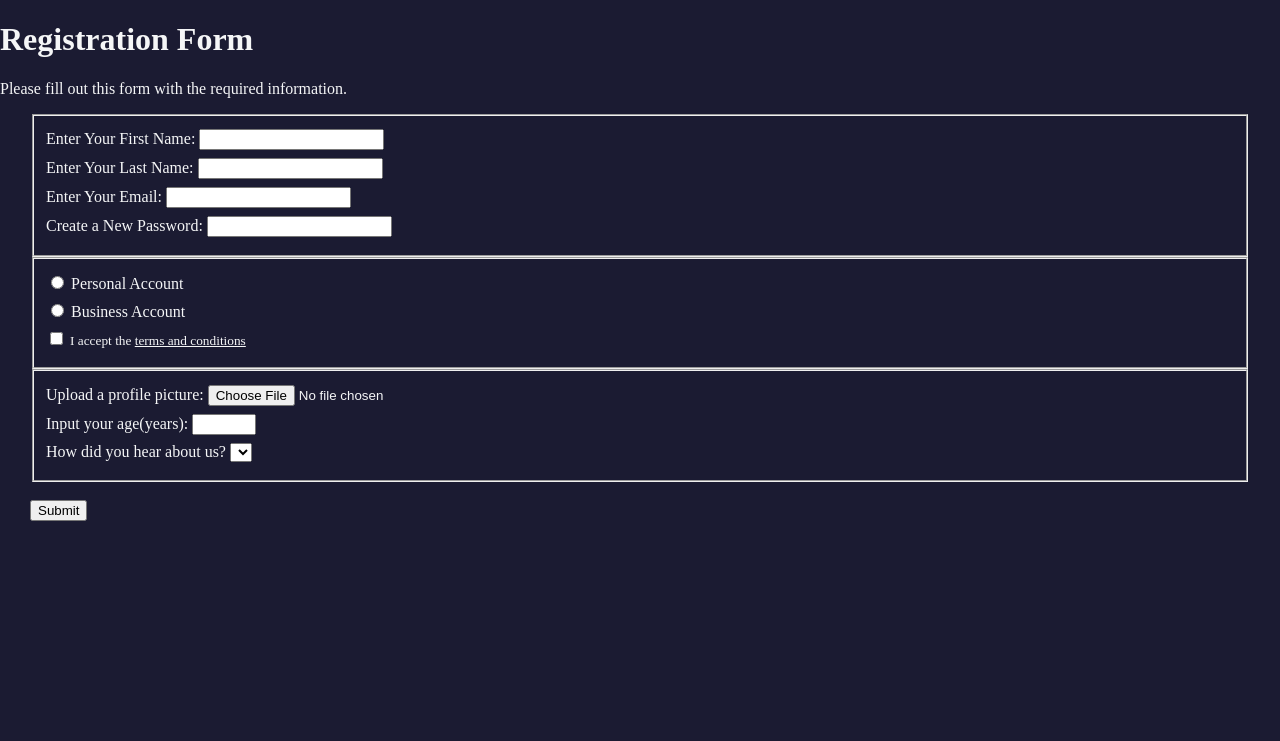
Repository: Lungdjos/registration_form
Page: index.html
These files come from the project's save history. The page is drawn as it stood at one moment and after the next save; the edit follows.
The browser window is 1280 px wide. The pictures show the whole page.

Above is the page before, as saved 2023-09-28 15:50:17.

### index.html
<!DOCTYPE html>
<html lang="en">

<head>
    <meta charset="UTF-8">
    <meta name="viewport" content="width=device-width, initial-scale=1.0">
    <title>Registration Form</title>
    <link rel="stylesheet" href="indexStyles.css">
</head>

<body>
    <h1>Registration Form</h1>
    <p>Please fill out this form with the required information.</p>
    <form action="https://register-demo.freecodecamp.org" method="post">
        <fieldset>
            <label for="first-name">Enter Your First Name: <input type="text" id="first-name" required> </label>
            <label for="last-name">Enter Your Last Name: <input type="text" id="last-name" required> </label>
            <label for="email">Enter Your Email: <input type="email" id="email" required> </label>
            <label for="new-password">Create a New Password: <input type="password" id="new-password" pattern="[A-Za-z0-9]{8,}" minlength="8" required> </label>
        </fieldset>
        <fieldset>
            <label for="personal-account"> <input type="radio" name="account-type" id="personal-account"> Personal Account</label>
            <label for="business-account"> <input type="radio" name="account-type" id="business-account"> Business Account</label>
            <label for="terms-and-conditions"> <input type="checkbox" name="" id="terms-and-conditions" required> <small>I accept the <a href="https://www.freecodecamp.org/news/terms-of-service/">terms and conditions</a> </small> </label>
        </fieldset>
        <fieldset>
            <label for="profile-pic">Upload a profile picture: <input type="file" name="" id="profile-pic"></label>
            <label for="age">Input your age(years): <input type="number" name="" id="" min="13" max="100"> </label>

            <label for=""> How did you hear about us?
                <select name="" id="">
                    <option value=""></option>
                    <option value=""></option>
                    <option value=""></option>
                    <option value=""></option>
                    <option value=""></option>
                </select>
            </label>
        </fieldset>
        <br>
        <input type="submit" value="Submit" name="" id="">
    </form>
</body>

</html>

### indexStyles.css
/* CSS for the Registration Form */

body {
    width: 100%;
    height: 100vh;
    /* will need to set the value to */
    margin: auto;
    background-color: #1b1b32;
    color: #f5f6f7;
}

label {
    display: block;
    margin: .5rem 0;
}

a {
    color: #f5f6f7;
}

form {
    margin: 0px 30px 0px 30px;
}

fieldset {
    margin: 15px 0px 15px0px
}

After the next save:
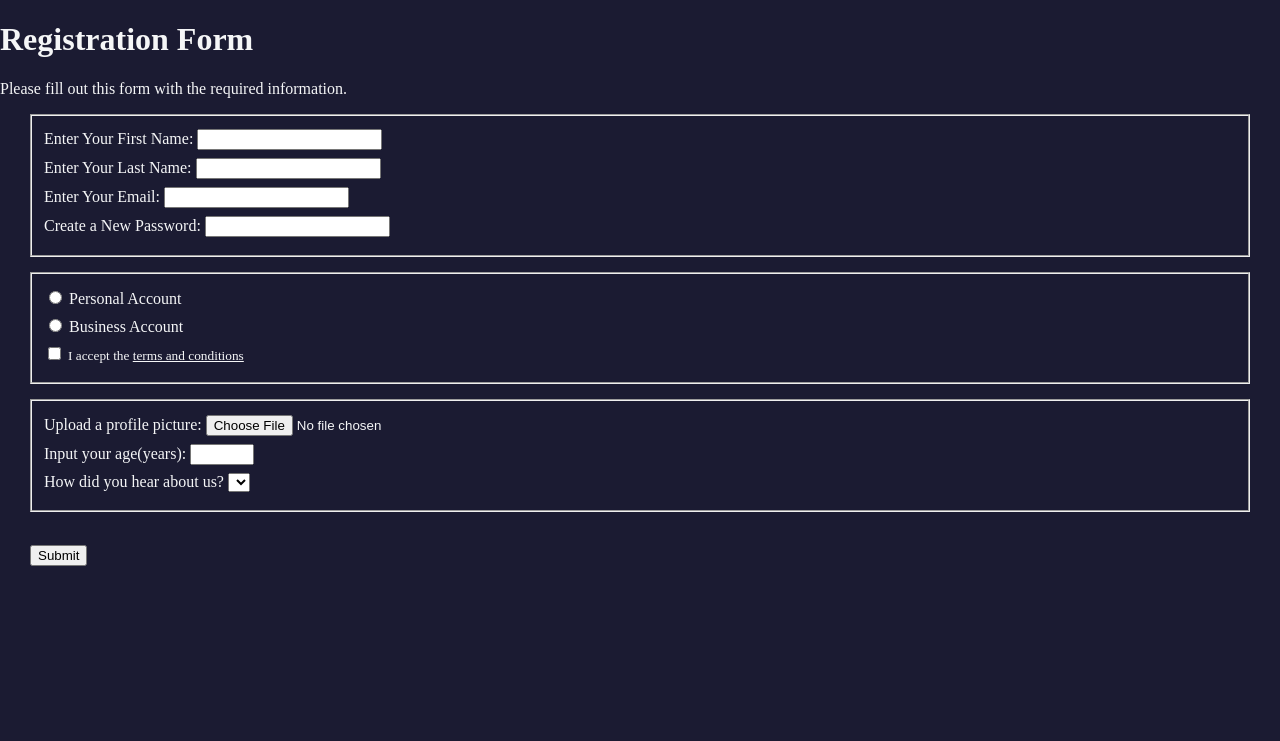
Saved 7 s later.
--- a/indexStyles.css
+++ b/indexStyles.css
@@ -23,5 +23,5 @@ form {
 }
 
 fieldset {
-    margin: 15px 0px 15px0px
+    margin: 15px 0px 15px 0px
 }
